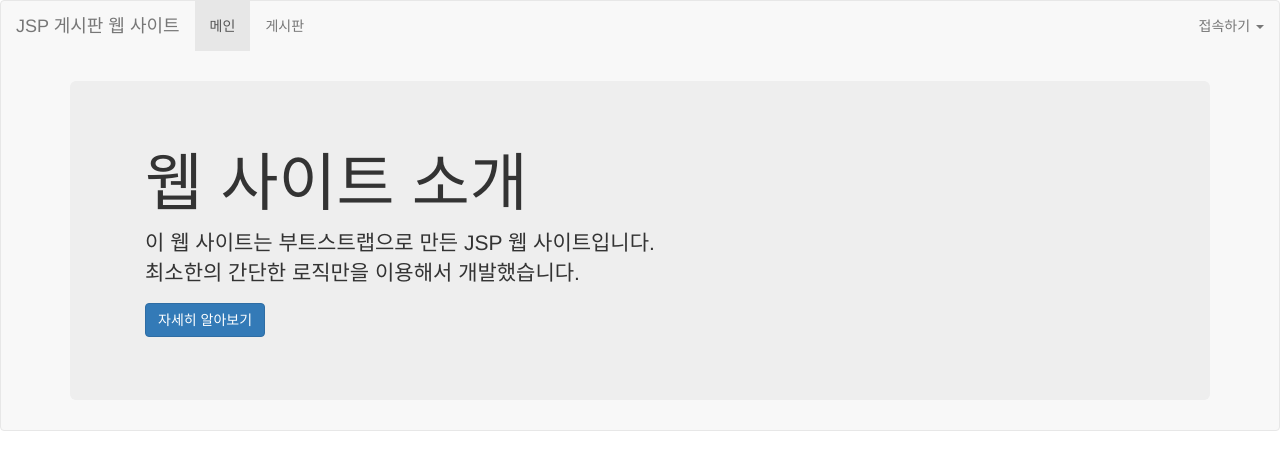
Repository: TheChok/BbsClone
Page: http://localhost/BBS/main.jsp
These files come from the project's save history. The page is drawn as it stood at one moment and after the next save; the edit follows.
The browser window is 1280 px wide. The pictures show the whole page.
Some web fonts or font styles are not loaded; a fallback is used. Some web libraries are served in a nearby version. The page is served by Tomcat 9. Other server files are loaded and not shown.

Above is the page before, as saved 2023-09-21 18:42:23.

### BBS/src/main/webapp/main.jsp
<%@ page language="java" contentType="text/html; charset=UTF-8" pageEncoding="UTF-8" %>
<%@ page import="java.io.PrintWriter" %>
<!DOCTYPE html>
<html>
<head>
	<meta http-equiv="Content-Type" content="text/html; charset=UTF-8">
	<meta name="viewport" content="width=device-width", initial-scale="1">
	<link rel="stylesheet" href="css/bootstrap.css">
	<link rel="stylesheet" href="css/bootstrap.css">
	<title>JSP 게시판 웹 사이트</title>
</head>
<body>
	<%
		String userID = null;
		if(session.getAttribute("userID") != null) {
			userID = (String) session.getAttribute("userID");
		}
	%>
	<!-- navbar -->
	<nav class="navbar navbar-default">
		<div class="navbar-header">
			<button type="button" class="navbar-toggle"
				data-toggle="collapse" data-target="#bs-example-navbar-collapse-1"
				aria-expanded="false">
				<span class="icon-bar"></span>
				<span class="icon-bar"></span>
				<span class="icon-bar"></span>
			</button>
			<a class="navbar-brand" href="main.jsp">JSP 게시판 웹 사이트</a>
		</div>

		<div class="collapse navbar-collapse" id="bs-example-navbar-collapse-1">
			<ul class="nav navbar-nav">
				<li class='active'><a href="main.jsp">메인</a></li>
				<li><a href="bbs.jsp">게시판</a></li>
			</ul>

			<%
				if(userID == null) {
			%>
				<ul class="nav navbar-nav navbar-right">
					<li class="dropdown">
						<a href="#" class="dropdown-toggle"
							data-toggle="dropdown" role="button" aria-haspopup="true"
							aria-expanded="false">
							접속하기
							<span class="caret"></span>
						</a>
						<ul class="dropdown-menu">
							<li><a href="login.jsp">로그인</a></li>
							<li><a href="join.jsp">회원가입</a></li>
						</ul>
					</li>
				</ul>
			<%
				} else {
			%>
				<ul class="nav navbar-nav navbar-right">
					<li class="dropdown">
						<a href="#" class="dropdown-toggle"
							data-toggle="dropdown" role="button" aria-haspopup="true"
							aria-expanded="false">
							회원관리
							<span class="caret"></span>
						</a>
						<ul class="dropdown-menu">
							<li><a href="logoutAction.jsp">로그아웃</a></li>
						</ul>
					</li>
				</ul>
			<%
				}
			%>

			<div class="container"  style="margin-top:80px;">
				<div class="jumbotron">
					<div class="container">
						<h1>웹 사이트 소개</h1>
						<p>
							이 웹 사이트는 부트스트랩으로 만든 JSP 웹 사이트입니다.<br/>
							최소한의 간단한 로직만을 이용해서 개발했습니다.
						</p>
						<p><a class="btn btn-primary btn-pull" href="#" role="button">자세히 알아보기</a></p>
					</div>
				</div>
			</div>

		</div>
	</nav>
	<!-- End - navbar -->


	<script src="https://code.jquery.com/jquery-3.1.1.min.js"></script>
	<script src="js/bootstrap.js"></script>
</body>
</html>

### BBS/src/main/webapp/css/custom.css
@import url(http://fonts.googleapis.com/earlyaccess/nanumgothic.css);
@import url(http://fonts.googleapis.com/earlyaccess/hanna.css);

* {
	font-family : 'Nanum Gothic';
}
h1 {
	font-family : 'Hanna';
}

Loaded but not shown: BBS/src/main/webapp/css/bootstrap.css (library); BBS/src/main/webapp/js/bootstrap.js (library)

After the next save:
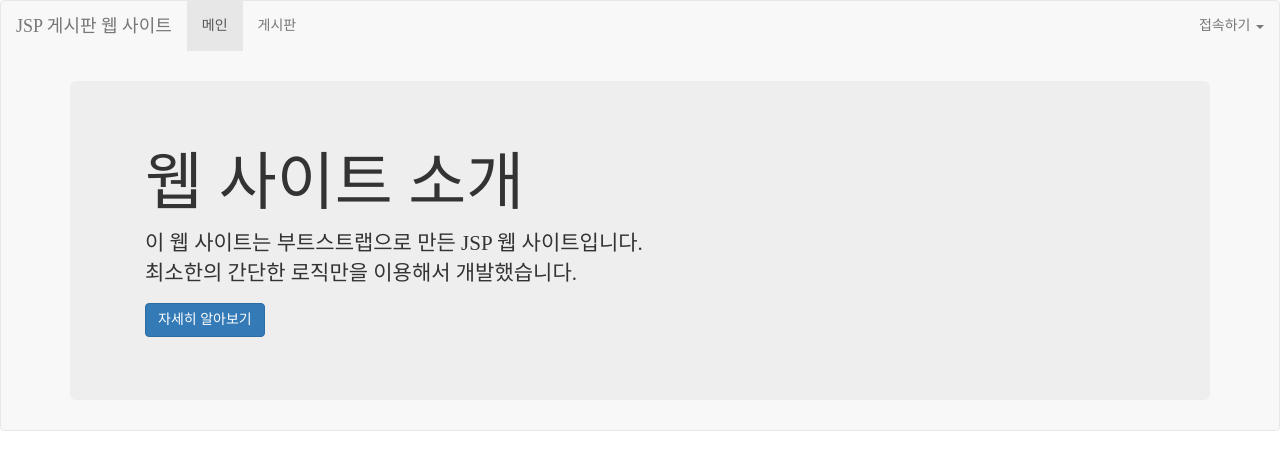
Saved 12 s later.
--- a/BBS/src/main/webapp/main.jsp
+++ b/BBS/src/main/webapp/main.jsp
@@ -6,7 +6,7 @@
 	<meta http-equiv="Content-Type" content="text/html; charset=UTF-8">
 	<meta name="viewport" content="width=device-width", initial-scale="1">
 	<link rel="stylesheet" href="css/bootstrap.css">
-	<link rel="stylesheet" href="css/bootstrap.css">
+	<link rel="stylesheet" href="css/custom.css">
 	<title>JSP 게시판 웹 사이트</title>
 </head>
 <body>
